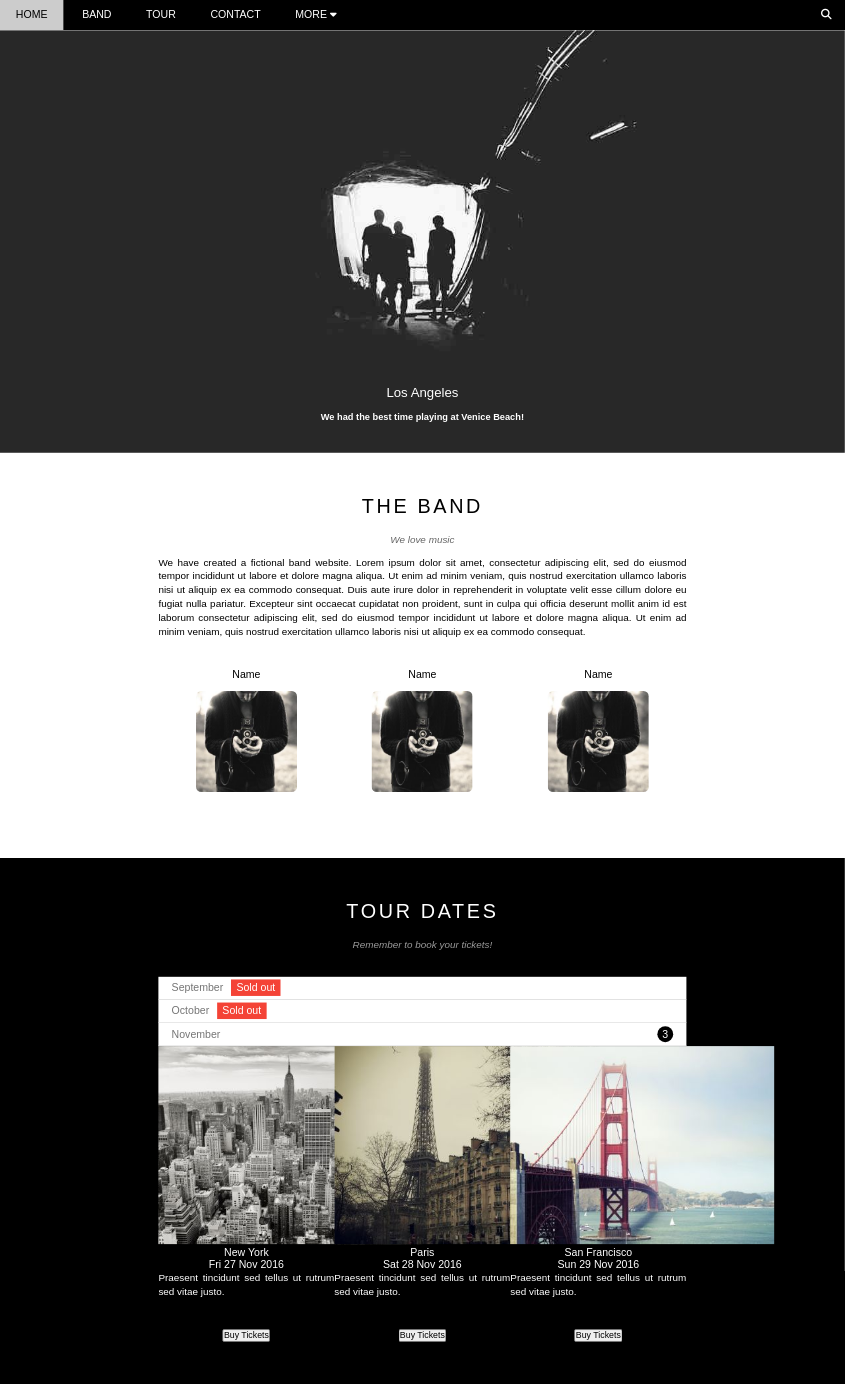
Repository: TranPhucThinh/clone-the-band
Page: index.html
The author's editor kept a copy of each file at every save. The page is drawn from the files as they stood at one save, then again after the next save.
The browser window is 1280 px wide. The pictures show the whole page, at 66% of full size.
Some web libraries are served in a nearby version.

Above is the page before, as saved 2022-08-04 13:32:58.

After the next save:
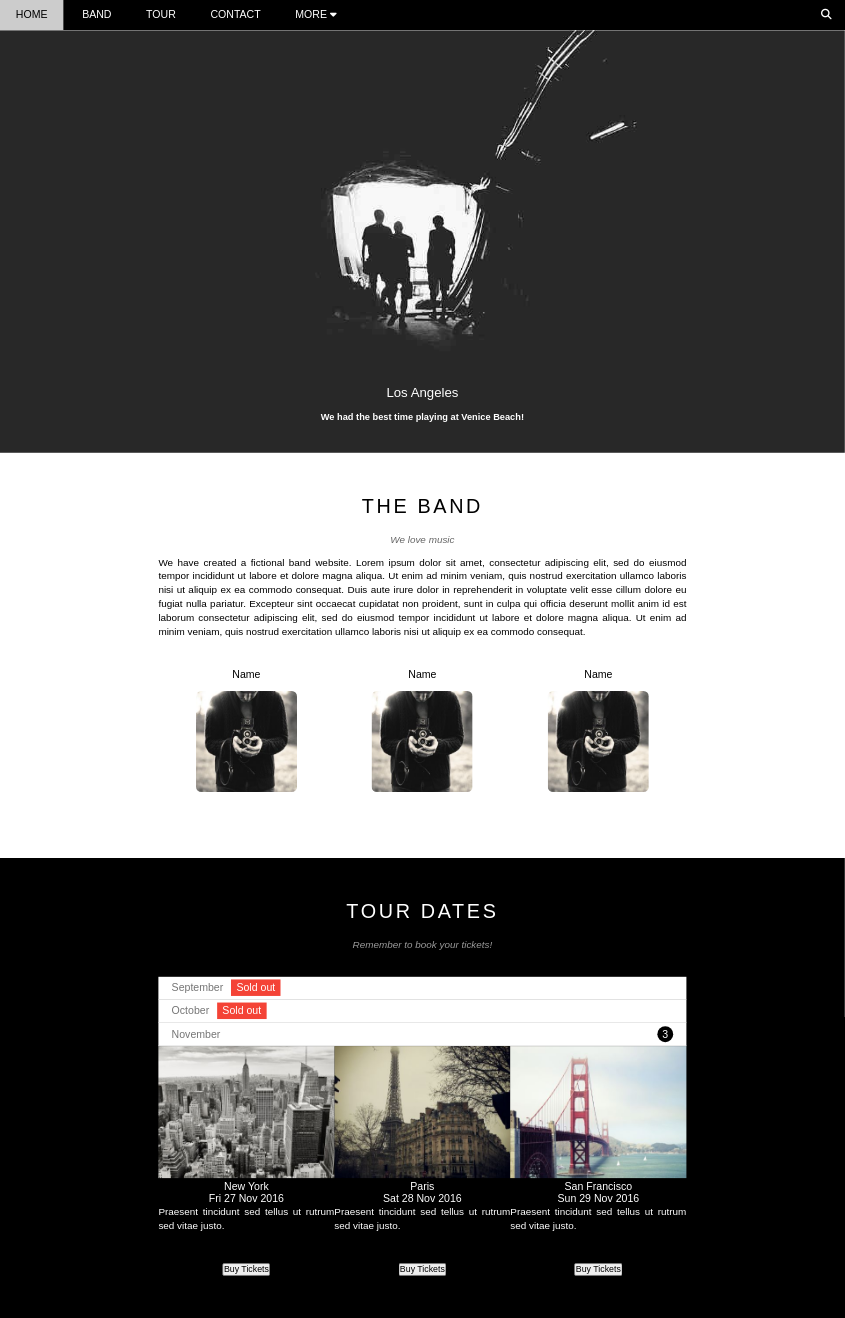
Saved 75 s later.
--- a/assets/style.css
+++ b/assets/style.css
@@ -210,4 +210,8 @@ html {
 .place-item {
   width: 33.33%;
 }
+
+.place-item img {
+  width: 100%;
+}
 /* End of Tour date Section */
